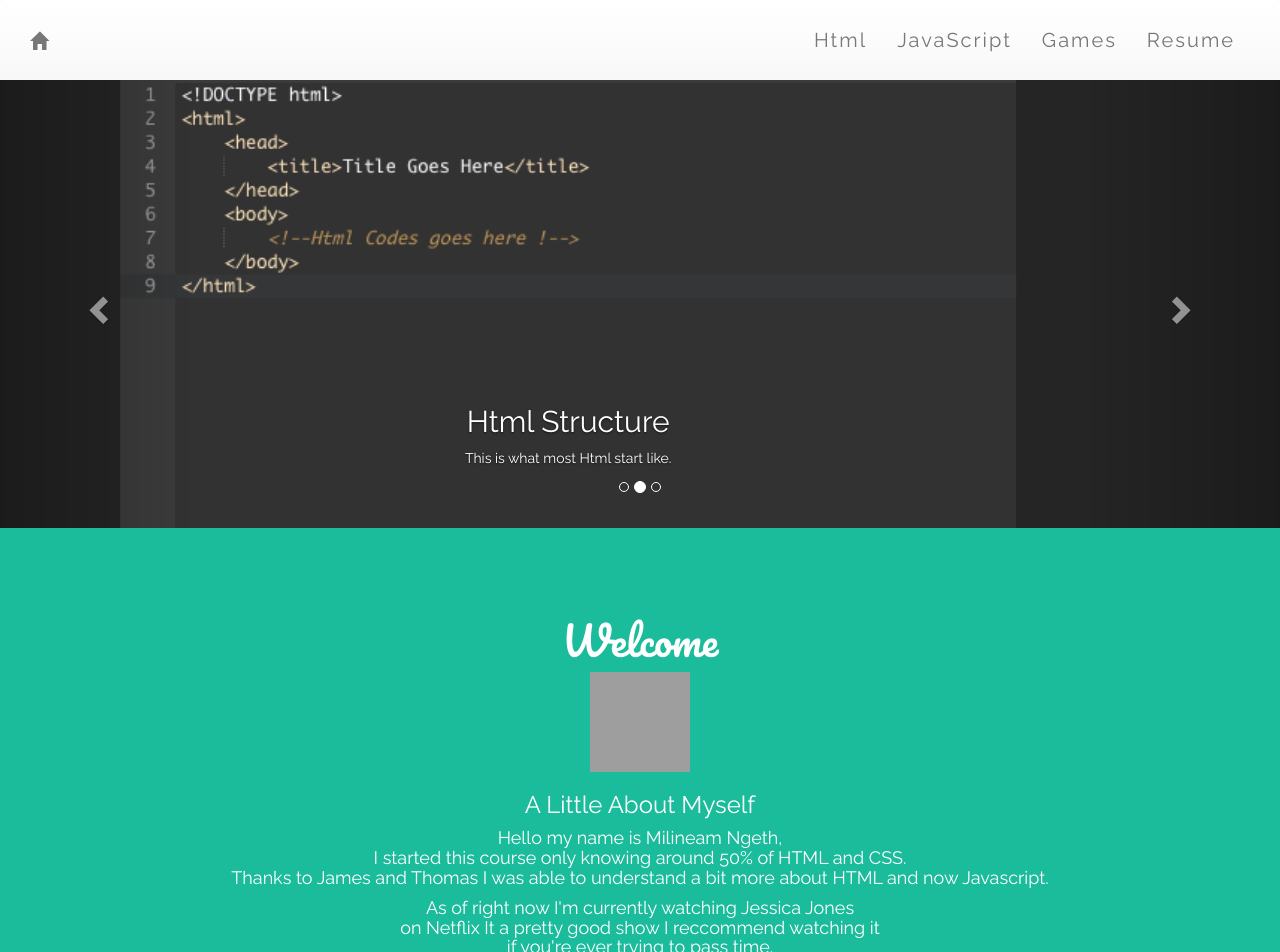
Repository: Milineam6162/workspace
Page: Home/Page1.html
The author's editor kept a record of every edit. The page is drawn from the files as they stood at one moment, then again after the next edit.
The browser window is 1280 px wide. The pictures show the part of the page from y = 0 to 952 px (the page is 2532 px tall).
Pictures or frames that could not be fetched are drawn as grey boxes. Some web libraries are served in a nearby version.

Above is the page before.

### Home/Page1.html
<!DOCTYPE html>
<html>
    <head>
        <title>Home</title>
        <script src="https://ajax.googleapis.com/ajax/libs/jquery/2.1.4/jquery.min.js"></script>
        <link rel="stylesheet" href="Page1.css" type="text/css" />
        <link rel="stylesheet" href="https://maxcdn.bootstrapcdn.com/bootstrap/3.3.6/css/bootstrap.min.css" integrity="sha384-1q8mTJOASx8j1Au+a5WDVnPi2lkFfwwEAa8hDDdjZlpLegxhjVME1fgjWPGmkzs7" crossorigin="anonymous">
        <link rel="stylesheet" href="http://maxcdn.bootstrapcdn.com/bootstrap/3.3.5/css/bootstrap.min.css">
        <link rel="stylesheet" href="https://maxcdn.bootstrapcdn.com/bootstrap/3.3.6/css/bootstrap-theme.min.css" integrity="sha384-fLW2N01lMqjakBkx3l/M9EahuwpSfeNvV63J5ezn3uZzapT0u7EYsXMjQV+0En5r" crossorigin="anonymous">
       <link href='https://fonts.googleapis.com/css?family=Raleway' rel='stylesheet' type='text/css'>
        <link href='https://fonts.googleapis.com/css?family=Pacifico' rel='stylesheet' type='text/css'>
        <link href="http://fonts.googleapis.com/css?family=Montserrat" rel="stylesheet">
        <script src="https://maxcdn.bootstrapcdn.com/bootstrap/3.3.6/js/bootstrap.min.js" integrity="sha384-0mSbJDEHialfmuBBQP6A4Qrprq5OVfW37PRR3j5ELqxss1yVqOtnepnHVP9aJ7xS" crossorigin="anonymous"></script>
        <meta name="viewport" content="width=device-width, initial-scale=1">
    </head>
    <body>
        <nav class="nav navbar-default" >
            <div class="container-fluid">
                <div class="navbar-header">
                    <button type="button" class="navbar-toggle" data-toggle="collapse" data-target="#myNavbar">
                        <span class="icon-bar"></span>
                        <span class="icon-bar"></span>
                        <span class="icon-bar"></span>
                    </button>
                    <a class="navbar-brand glyphicon glyphicon-home" href="#"></a>
                </div>
                <div class="collapse navbar-collapse navbar-right" id="myNavbar">
                        <ul class="nav navbar-nav">
                            <li><a href="../Htm/Htm.html">Html</a></li>
                            <li><a href="#">JavaScript</a></li>
                            <li><a href="#">Games</a></li>
                            <li><a href="#">Resume</a></li>
                        </ul>
                    </div>
            </div>
        </nav>
        <div id="myCarousel" class="carousel slide" data-ride="carousel">
              <!-- Indicators -->
              <ol class="carousel-indicators">
                    <li data-target="#myCarousel" data-slide-to="0" class="active"></li>
                    <li data-target="#myCarousel" data-slide-to="1"></li>
                    <li data-target="#myCarousel" data-slide-to="2"></li>
              </ol>

              <!-- Wrapper for slides -->
            <div class="carousel-inner" role="listbox">
                <div class="item active ">
                    <img src="../Img/Pictures/html.png"  alt="Html">
                    <div class="carousel-caption">
                        <h2>Html Structure</h2>
                        <p>This is what most Html start like.</p>
                    </div>
                 </div>

                <div class="item">
                    <img src="../Img/Pictures/css.png"  alt="CSS">
                    <div class="carousel-caption">
                        <h2>CSS Structure</h2>
                        <p>This is how a simple CSS look like.</p>
                    </div>
                </div>

                <div class="item">
                    <img src="../Img/Pictures/jav.png" alt="JavaScript">
                    <div class="carousel-caption">
                        <h2>JavaScript Structure</h2>
                        <p>These are the basic of the basic things that JavaScript consist of.</p>
                    </div>
                </div>
            </div>

  <!-- Left and right controls -->
          <a class="left carousel-control" href="#myCarousel" role="button" data-slide="prev">
                <span class="glyphicon glyphicon-chevron-left" aria-hidden="true"></span>
                <span class="sr-only">Previous</span>
          </a>
          <a class="right carousel-control" href="#myCarousel" role="button" data-slide="next">
                <span class="glyphicon glyphicon-chevron-right" aria-hidden="true"></span>
                <span class="sr-only">Next</span>
          </a>
        </div>
<!-- Body Text Content -->
        <div class="container-fluid bg-1 text-center">
          <h2 class="Title">Welcome</h2>
          <img class="icons" src="../Img/Icons/Ninja-icon.png" class="img-responsive img-circle" style="display:inline" alt="Ninja" width="100" height="100">
          <h3>A Little About Myself</h3>
          <h4 class="">Hello my name is Milineam Ngeth, <br />
              I started this course only knowing around 50% of HTML and CSS. <br />
              Thanks to James and Thomas I was able to understand a bit more about HTML and now Javascript.
          </h4>
          <h4>As of right now I'm currently watching Jessica Jones <br />
              on Netflix It a pretty good show I reccommend watching it <br />
              if you're ever trying to pass time.
          </h4>
          <h4>
              So finally to end thing off about myself I enjoy running whenever I have a chance <br />
              and when it raining or too cold I just stay in and try to find something productive to do. <br />
              If there is nothing to do I will just simply watch a good movie or two.
          </h4>
          <h4>P.S I'm currently listening to Alabama Shakes. You can check it out down here.</h4>
            <div class="embed-responsive embed-responsive-16by9 col-xs-12 text-center div_size">
                <iframe class="embed-responsive-item" width="540" height="300" src="https://www.youtube.com/embed/faG8RiaANek?autohide=1&showinfo=0&rel=0" allowfullscreen></iframe>
            </div>

        </div>
        <div class="container-fluid bg-2 text-center">
          <h2 class="Title">Information About This Website</h2>
          <img class="icons" src="../Img/Icons/www.png" class="img-responsive img-circle" style="display:inline" alt="web" width="100" height="100">
          <h3>Main Elements</h3>
          <h4>This website was built with Twitter Bootstrap and Flexbox.</h4>
          <h4>With the help of W3 Schools and Google for additional features like fonts and structure alignment. <br />
          The nav bar can take you to previous Project that was done or still incomplete. <br />
          There is also a Resume if you would like to check it out.  </h4>
        </div>
        <div class="container-fluid bg-3 text-center">
          <h2 class="Title">Cites Sources</h3>
          <img class="icons" src="../Img/Icons/cite.png" class="img-responsive img-circle" style="display:inline" alt="sources" width="100" height="100">
          <h4>http://www.w3schools.com</h4>
          <h4>http://www.fastcodesign.com</h4>
          <h4>https://flatuicolors.com</h4>
          <h4>http://getbootstrap.com</h4>
          <h4>http://www.flaticon.com</h4>
          <h4>http://edithouse.net</h4>
        </div>
    </body>
</html>

### Home/Page1.css
.carousel-inner > .item > img,
.carousel-inner > .item > a > img {
    width: 70%;
    margin: auto;
  }
.navbar-default {
    padding-top: 15px;
    padding-bottom: 15px;
    border: 0;
    border-radius: 0;
    margin-bottom: 0;
    font-size: 20px;
    letter-spacing: 2px;
    color: #1abc9c;
    font-family:'Raleway', 'helvetica';
  }
.navbar-nav  li a:hover {
      color: #1abc9c !important;
  }
.carousel-inner{
    background-color: rgb(37,37,37);
}
.carousel-caption {
    font-family:'Raleway', 'helvetica';
}
body {
      font-family:'Raleway', 'helvetica';
      font-size:20px;
      line-height: 1.8;
      color: #f5f6f7;
}
.icons{
        transition-duration: 0.8s;
    transition-property: transform;
    overflow:hidden;
}
.icons:hover {
-webkit-transform:rotate(360deg);
-moz-transform:rotate(360deg);
-o-transform:rotate(360deg);
}
.bg-1 {
      background-color: #1abc9c; /* Green */
      color: #ffffff;
       padding-top: 70px;
      padding-bottom: 70px;
      font-family:'Raleway', 'helvetica';
}
.bg-2 {
      background-color: #474e5d; /* Dark Blue */
      color: #ffffff;
      font-family:'Raleway', 'helvetica';

}
.bg-3 {
      background-color: #ffffff; /* White */
      color: #555555;
      font-family:'Pacifico', 'helvetica';
 }
.Title {
    font-family:'Pacifico','helvetica' ;
    font-size:40px;
}

iframe {
    border:6px solid #000;
    border-radius: 10px !important;

}

After the next edit:
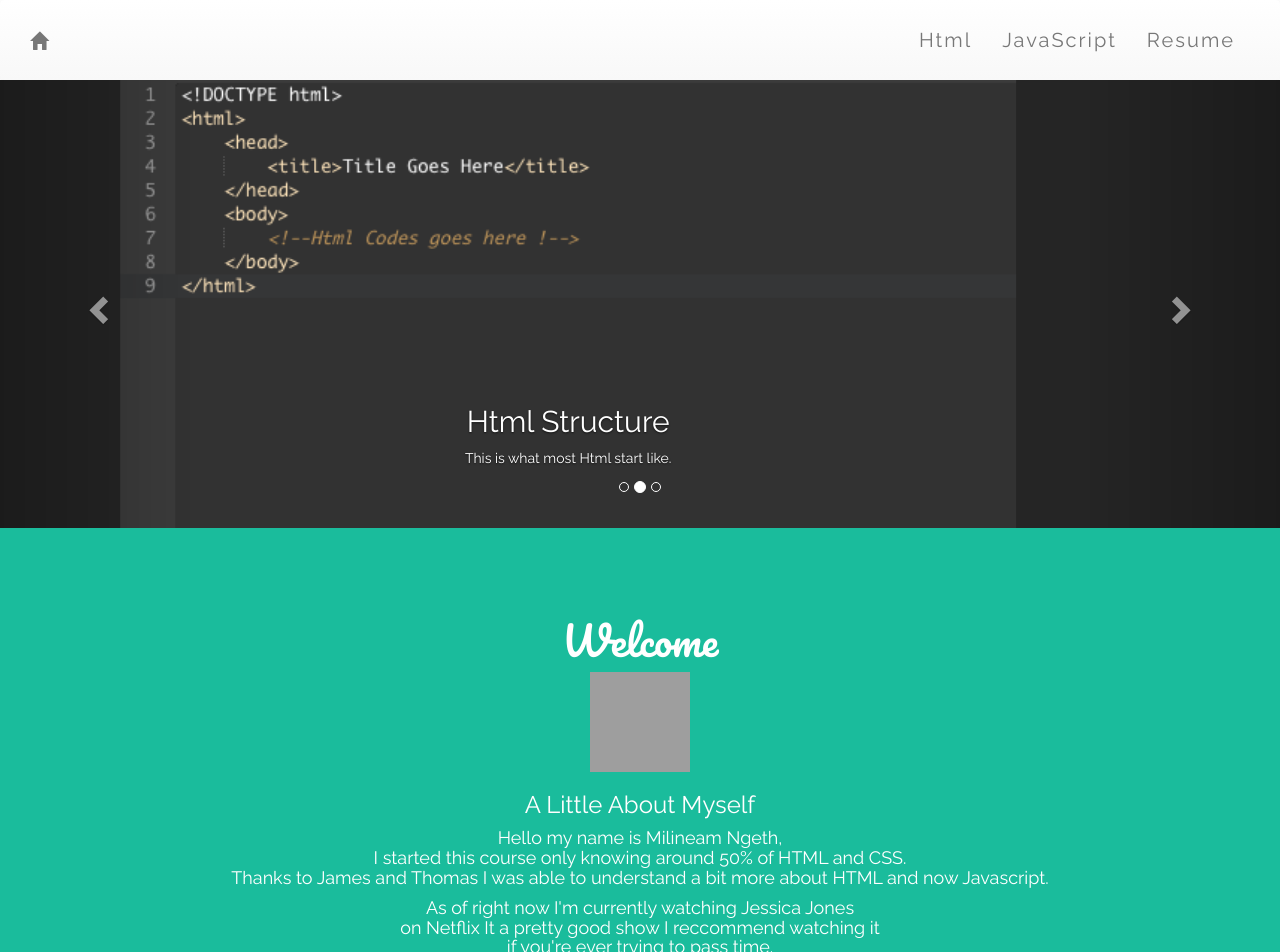
The edit:
--- a/Home/Page1.html
+++ b/Home/Page1.html
@@ -27,9 +27,8 @@
                 <div class="collapse navbar-collapse navbar-right" id="myNavbar">
                         <ul class="nav navbar-nav">
                             <li><a href="../Htm/Htm.html">Html</a></li>
-                            <li><a href="#">JavaScript</a></li>
-                            <li><a href="#">Games</a></li>
-                            <li><a href="#">Resume</a></li>
+                            <li><a href="../Java/java.html">JavaScript</a></li>
+                            <li><a href="../Resume/resume.html">Resume</a></li>
                         </ul>
                     </div>
             </div>
